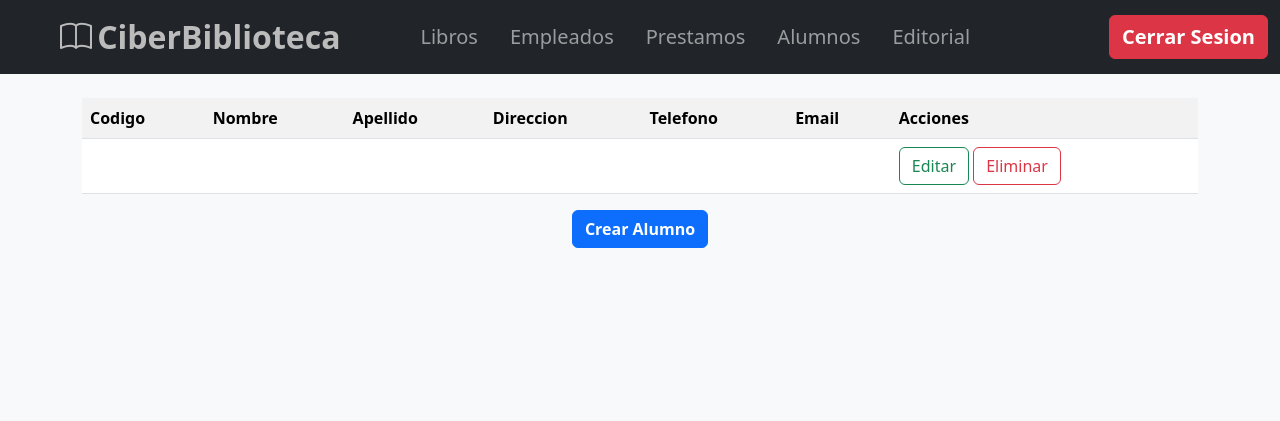
Repository: WilmerOcampo/LP1_Biblioteca
Page: http://localhost/Proyecto/listaAlumnos.jsp
The author's editor kept a copy of each file at every save. The page is drawn from the files as they stood at one save, then again after the next save.
The browser window is 1280 px wide. The pictures show the whole page.
The page is served by Tomcat 10. Other server files are loaded and not shown.

Above is the page before, as saved 2023-05-31 18:07:19.

### Proyecto/src/main/webapp/listaAlumnos.jsp
<%@ page language="java" contentType="text/html; charset=ISO-8859-1"
    pageEncoding="ISO-8859-1"%>
<!DOCTYPE html>
<html>
<head>
<meta charset="ISO-8859-1">
<title>Alumnos</title>
<link href="https://cdn.jsdelivr.net/npm/bootstrap@5.3.0-alpha3/dist/css/bootstrap.min.css" rel="stylesheet"
    integrity="sha384-KK94CHFLLe+nY2dmCWGMq91rCGa5gtU4mk92HdvYe+M/SXH301p5ILy+dN9+nJOZ" crossorigin="anonymous">
<link rel="stylesheet" href="https://cdn.jsdelivr.net/npm/bootstrap-icons@1.8.1/font/bootstrap-icons.css">
</head>

<body class="bg-light">

<!-- Inicio del menu -->
      <nav class="navbar navbar-expand-md navbar-dark bg-dark">
        <div class="container-fluid">

        <!-- icono o nombre -->
        <a class="navbar-brand" href="#" style="padding-left: 3rem; padding-right: 3rem;">
            <i class="bi bi-book" style="font-size: 2rem; color:#bbb"></i>
            <span style="font-size: 2rem; color:#bbb"><b>CiberBiblioteca</b></span>
          </a>

        <!-- boton del menu -->
        <button class="navbar-toggler" type="button" data-bs-toggle="collapse" data-bs-target="#menu" aria-controls="navbarSupportedContent" aria-expanded="false" aria-label="Toggle navigation">
            <span class="navbar-toggler-icon"></span>
        </button>

          <!-- elementos del menu colapsable -->
        <div class="collapse navbar-collapse" id="menu">
            <ul class="navbar-nav me-auto" style="font-size: 20px">
                  <li class="nav-item" style="margin:0 0.5rem">
                    <a class="nav-link" href="listaLibros.jsp">Libros</a>
                  </li>
                  <li class="nav-item" style="margin:0 0.5rem">
                    <a class="nav-link" href="listaEmpleados.jsp">Empleados</a>
                  </li>
                  <li class="nav-item" style="margin:0 0.5rem">
                    <a class="nav-link" href="listaPrestamos.jsp">Prestamos</a>
                  </li>
                  <li class="nav-item" style="margin:0 0.5rem">
                    <a class="nav-link" href="listaAlumnos.jsp">Alumnos</a>
                  </li>
                   <li class="nav-item" style="margin:0 0.5rem">
                    <a class="nav-link" href="listaEditorial.jsp">Editorial</a>
                  </li>
                 </ul>

          <hr class="d-md-none text-white-50">

         <!--boton Informacion -->
          <form class="d-flex">
            <button class="btn btn-danger d-none d-md-inline-block " type="submit" style="font-size: 20px; font-weight:600"><a href="login.jsp" style="text-decoration: none; color: #fff">Cerrar Sesion</a></button>
          </form>
        </div>
        </div>
      </nav><br>

    <div class="container">

        <table class="table table-striped">
            <tr>
                <th scope="col">Codigo</th>
                <th scope="col">Nombre</th>
                <th scope="col">Apellido</th>
                <th scope="col">Direccion</th>
                <th scope="col">Telefono</th>
                <th scope="col">Email</th>
                <th scope="col">Acciones</th>
            </tr>

            <tr>
                <th></th>
                <td></td>
                <td></td>
                <td></td>
                <td></td>
                <td></td>
                <td><a class="btn btn-outline-success" href="">Editar</a>
                    <a class="btn btn-outline-danger" href="#" onclick="confirmarEliminacion()">Eliminar</a>
                </td>
            </tr>
        </table>

        <div class="d-flex justify-content-center">
            <input class="btn btn-primary" type="button" value="Crear Alumno" style="color: #fff; font-weight:600"
                onclick="window.location.href='registrarAlumno.jsp'">
        </div>

    </div>

    <script src="https://cdn.jsdelivr.net/npm/bootstrap@5.3.0-alpha3/dist/js/bootstrap.bundle.min.js"
        integrity="sha384-ENjdO4Dr2bkBIFxQpeoTz1HIcje39Wm4jDKdf19U8gI4ddQ3GYNS7NTKfAdVQSZe"
        crossorigin="anonymous"></script>

<script>
	function confirmarEliminacion(codigo) {
		if (confirm("¿Estás seguro de que deseas eliminar este registro?")) {
			window.location.href = "ControladorClientes?instruccion=eliminar&codigo=" + codigo;
		}
	}
</script>

</body>
</html>

After the next save:
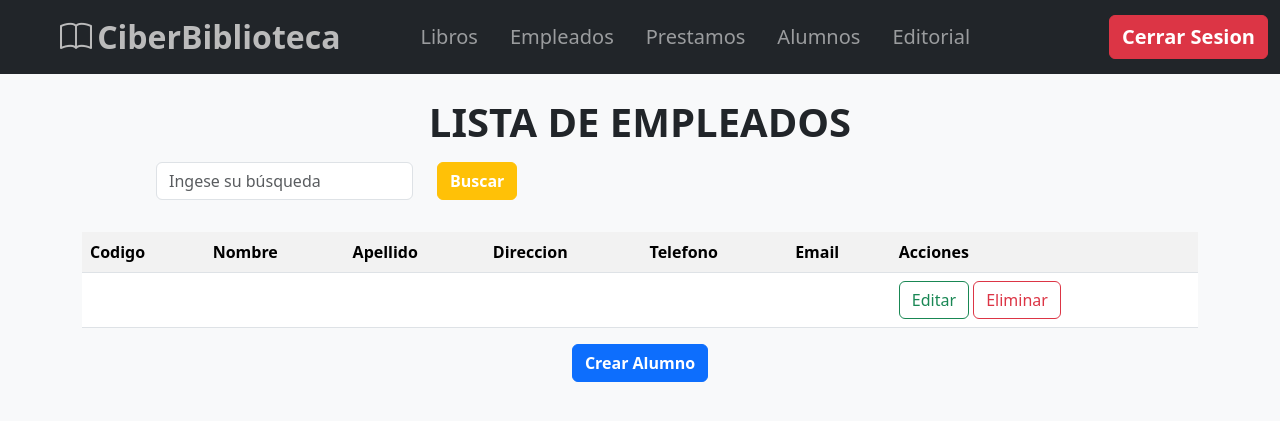
Saved 108 s later.
--- a/Proyecto/src/main/webapp/listaAlumnos.jsp
+++ b/Proyecto/src/main/webapp/listaAlumnos.jsp
@@ -55,7 +55,18 @@
           </form>
         </div>
         </div>
-      </nav><br>
+      </nav>
+      <br>
+		<h1 class="d-flex justify-content-center" style="text-transform: uppercase;"><strong>Lista de Empleados</strong></h1>
+
+    <nav class="navbar">
+        <div class="container-fluid">
+            <form class="d-flex" role="search" style="margin-left: 9rem">
+                <input class="form-control me-4" type="search" placeholder="Ingese su búsqueda" aria-label="Search">
+                <button class="btn btn-warning" type="submit" style="color: #fff; font-weight:600">Buscar</button>
+            </form>
+        </div>
+    </nav><br>
 
     <div class="container">
 
